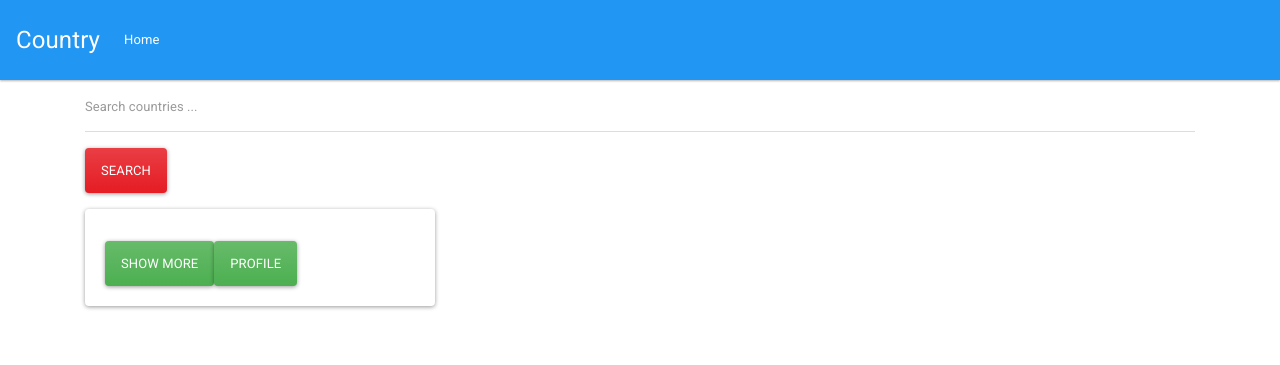
Repository: abdelhak-f/Countries_React
Page: / (app in client/)
An editor plug-in stored every save of this project. The page is shown before and after the next save, followed by the edit.
The browser window is 1280 px wide. The pictures show the whole page.
The page's requests for data from a server got no answer. The project was rebuilt for these pictures with package versions that can differ from the ones it lists, and the page was loaded fresh each time. No one was signed in, and anything a server would have sent is missing.

Above is the page before, as saved 2021-05-06 11:52:22.

### client/src/App.js
import  React from 'react';
import './App.css';
import Countries from  './components/Countries';
import  Navbar from './components/partials/Navbar';

function App() {
  return (
    <div className="App">
      <Navbar />
      <div class="container">
             <Countries />
      </div>

    </div>
  );
}

export default App;

### client/src/components/Countries.jsx
import React, { Component } from 'react';
import  Country  from  './countrys/Country';
import SearchCountry from './countrys/SearchCountry';
import axios from 'axios';

class Countries extends Component {

    constructor(props) {
        super(props)

        this.state = {
             countries: [
                 {

                 }
             ]
        }
    }
    getCountry = () => {
        axios.get('https://restcountries.eu/rest/v2/all')
                       .then(response => {
                           this.setState({
                            countries: response.data
                           })
                       })
    }
    componentDidMount() {
        this.getCountry();
    }

  render() {
    return (
      <div>
          <div className="row" my-2>
              <div className="col-md-12">
       <SearchCountry />
              </div>
          </div>
          <div className="row">
        {this.state.countries.map (country => (
            <div className="col-md-4 mt-3">
              <Country  country={country} />
               </div>
        ))}
        </div>
      </div>
    )
  }
}

export default Countries

### client/src/components/partials/Navbar.jsx
import React from 'react';

export default function Navbar() {
  return (
    <>
    <nav className="navbar navbar-expand-sm navbar-dark bg-primary">
        <a className="navbar-brand" href="#">Country</a>
        <button className="navbar-toggler d-lg-none" type="button" data-toggle="collapse" data-target="#collapsibleNavId" aria-controls="collapsibleNavId"
            aria-expanded="false" aria-label="Toggle navigation">
            <span className="navbar-toggler-icon"></span>
        </button>
        <div className="collapse navbar-collapse" id="collapsibleNavId">
            <ul className="navbar-nav mr-auto mt-2 mt-lg-0">
                <li className="nav-item active">
                    <a className="nav-link" href="#">Home <span className="sr-only">(current)</span></a>
                </li>
            </ul>

        </div>
    </nav>
    </>
  );
}

### client/src/components/countrys/Country.jsx
import React, { Component } from 'react'

class Country extends Component {
  render() {
    return (
      <>
         <div className="card">
                   <img className="card-img-top" src= {this.props.country.flag}  alt="" />
                   <div className="card-body">
                       <h4 className="card-title">{this.props.country.name}</h4>
                       <p className="card-text">
                           <a href= {this.props.country.code} className="btn btn-success ">show more</a>
                           <a href={this.props.country.regionalBlocs} className="btn btn-success ">profile</a>
                       </p>
                   </div>
                   </div>
      </>
    )
  }
}

export default Country

### client/src/components/countrys/SearchCountry.jsx
import React, { Component } from 'react'

class SearchCountry extends Component {
  render() {
    return (
      <>
        <form >
            <div className="form-group ">
                {/* <label htmlFor="search">Search</label> */}
                <input placeholder='Search countries ...' id="search" type="text" className="form-control"/>
                </div>
                <button className="btn btn-danger">Search</button>
        </form>
      </>
    )
  }
}

export default SearchCountry

Loaded but not shown: client/public/index.html (common file); client/src/index.js (common file); client/src/App.css (library)

After the next save:
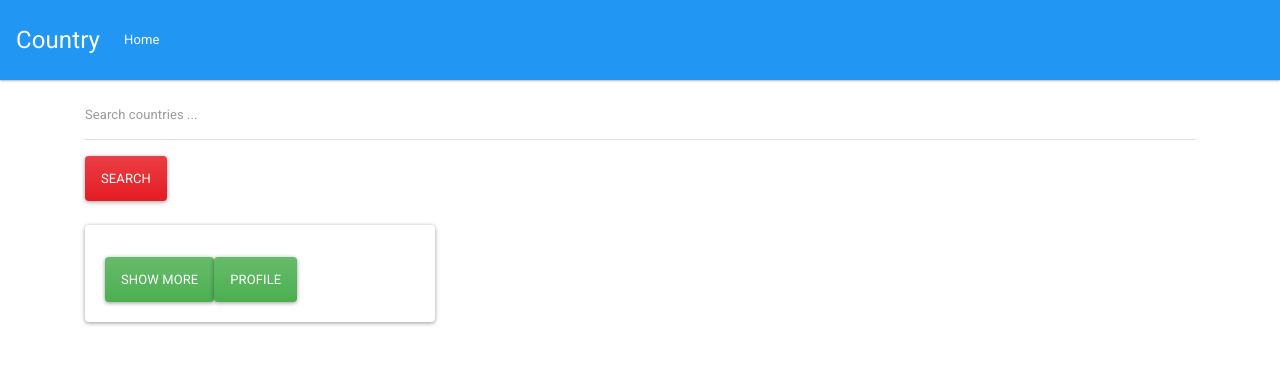
Saved 19 s later.
--- a/client/src/components/Countries.jsx
+++ b/client/src/components/Countries.jsx
@@ -31,7 +31,7 @@
   render() {
     return (
       <div>
-          <div className="row" my-2>
+          <div className="row  my-2" >
               <div className="col-md-12">
        <SearchCountry />
               </div>

After the 2 saves that followed:
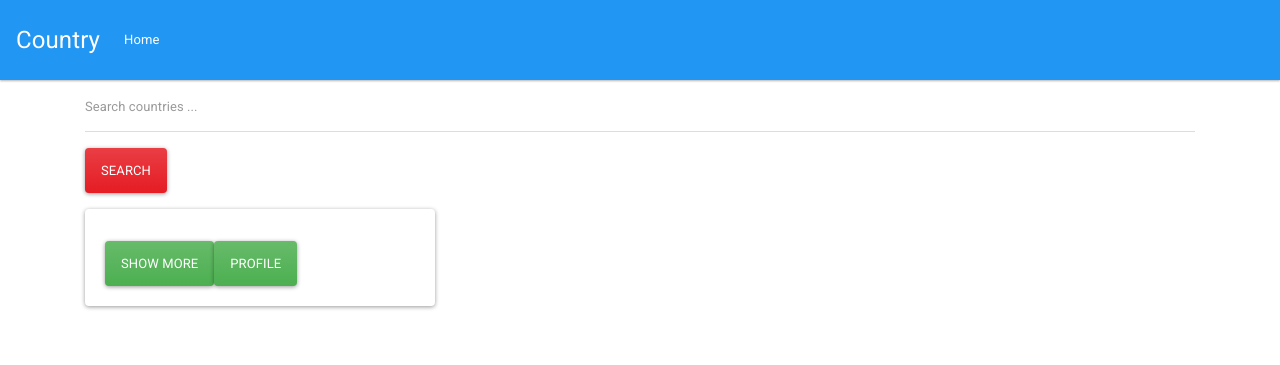
The 2 saves are shown as one change because 1 did not build or start.
The last was saved 49 s later.
--- a/client/src/components/Countries.jsx
+++ b/client/src/components/Countries.jsx
@@ -31,9 +31,9 @@
   render() {
     return (
       <div>
-          <div className="row  my-2" >
+          <div className="row">
               <div className="col-md-12">
-       <SearchCountry />
+       <SearchCountry  />
               </div>
           </div>
           <div className="row">
